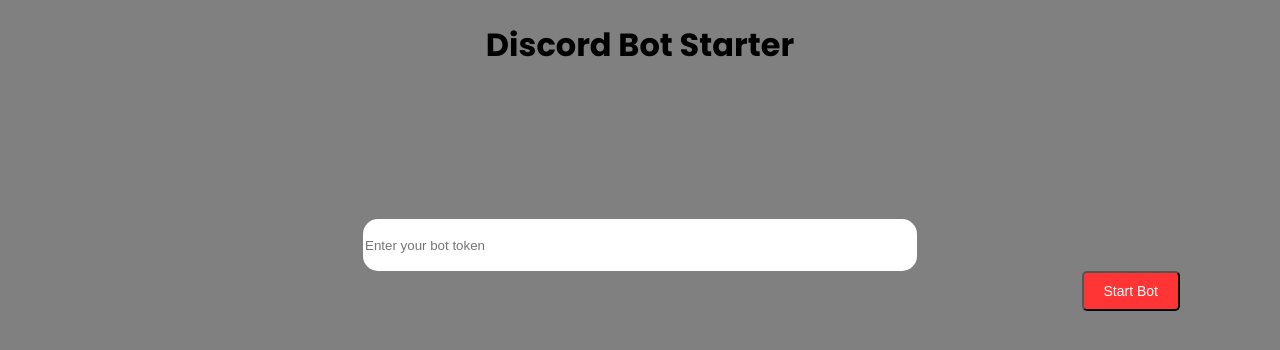
Repository: ranger2202/discord-bot-panel
Page: ranger-bot-runner/app/templates/landing.html
These files come from the project's save history. The page is drawn as it stood at one moment and after a run of saves; the edit follows.
The browser window is 1280 px wide. The pictures show the whole page.

Above is the page before, as saved 2023-12-30 12:11:02.

After the next 2 saves:
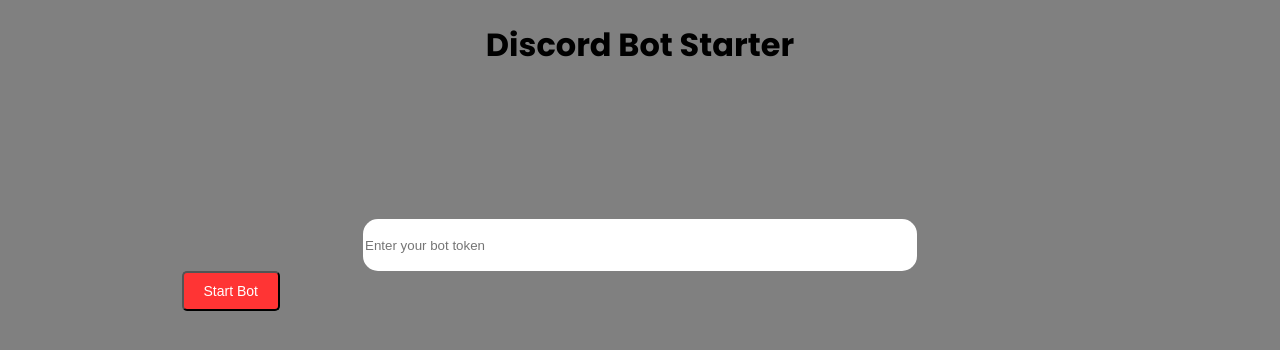
The 2 saves are shown as one change because they came seconds apart.
The last was saved 6 s later.
--- a/ranger-bot-runner/app/static/landing.css
+++ b/ranger-bot-runner/app/static/landing.css
@@ -6,7 +6,7 @@
 }
 .start-button button{
     position: absolute;
-    right: 100px;
+    right: 1000px;
     display: inline-block;
     padding: 10px 20px;
     font-size: 14px;
